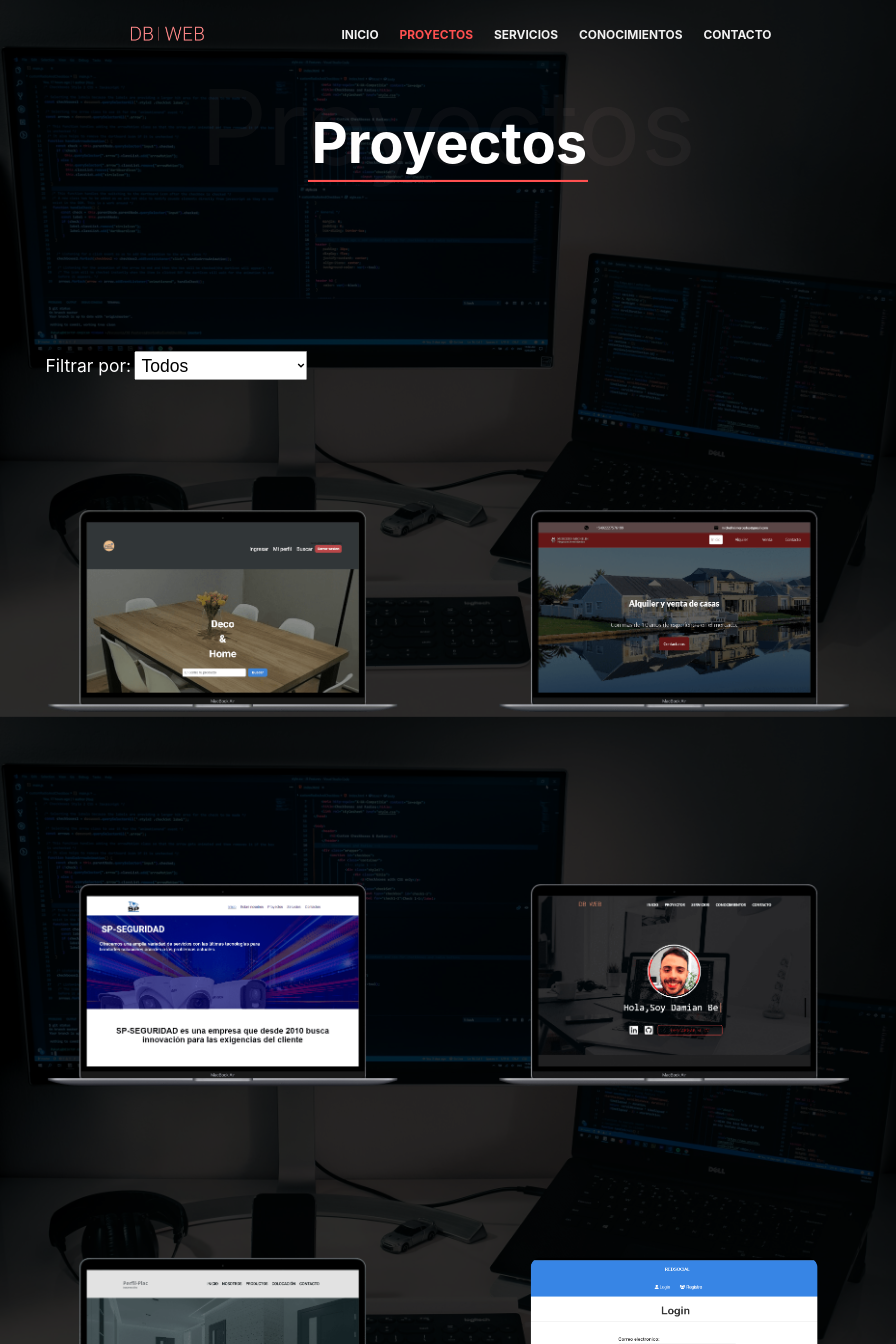
Repository: DamianBermudez94/DB-Porfolio
Page: /proyecto
These files come from the project's save history. The page is drawn as it stood at one moment and after the next save; the edit follows.
The browser window is 1280 px wide. The pictures show the part of the page from y = 0 to 1920 px (the page is 2998 px tall), at 70% of full size.
Backgrounds fixed to the window are drawn as part of the page. Some web libraries are served in a nearby version. The project was rebuilt for these pictures with package versions that can differ from the ones it lists, and the page was loaded fresh each time. Also part of the build but not shown: vite.config.js, src/components/TextoCustom/styles.css, src/components/TextoCustom/CustomText.jsx, src/components/Home/styles.css, src/components/Home/Home.jsx, src/pages/Inicio.jsx, src/components/Servicios/styles.css, src/components/Servicios/Service.jsx and 8 more.

Above is the page before, as saved 2024-04-01 12:20:38.

### index.html
<!DOCTYPE html>
<html lang="es">
  <head>
    <meta charset="utf-8" />
    <meta name="viewport" content="width=device-width, initial-scale=1" />
    <meta name="geo.position" content="-35.1853171; -59.1479442" />
    <link
      rel="icon"
      type="image/png"
      sizes="32x32"
      href="./public/image/icons-favicon-DB.png"
    />
    <link
      rel="apple-touch-icon"
      type="image/png"
      sizes="32x32"
      href="./public/image/icons-favicon-DB.png"
    />

    <link rel="manifest" href="./src/manifiesto.json" />
    <title>Damián Bermúdez - Developer</title>
    <meta name="author" content="Damián Bermúdez" />
    <meta
      name="description"
      content="Desarrollador Web Full Stack - Diseñador Web - Paginás Web - Damián Bermúdez"
    />
    <meta name="theme-color" content="#000000" />
    <!--Estilos-->
    <script
      src="https://kit.fontawesome.com/bdbed0aafa.js"
      crossorigin="anonymous"
    ></script>
    <link rel="preconnect" href="https://fonts.gstatic.com" />
    <link rel="preconnect" href="https://fonts.gstatic.com" />
    <link rel="preconnect" href="https://fonts.gstatic.com" />
    <link rel="preconnect" href="https://fonts.gstatic.com" />
    <link
      href="https://fonts.googleapis.com/css2?family=Raleway:wght@200;300&family=Roboto:wght@100;300&display=swap"
      rel="stylesheet"
    />
  </head>
  <body>
    <div id="root"></div>
    <script type="module" defer src="/src/main.jsx"></script>
  </body>
</html>

### src/main.jsx
import ReactDOM from "react-dom/client";

import App from "./App";
import "./index.css";
const root = ReactDOM.createRoot(document.getElementById("root"));
root.render(<App />);

### src/App.jsx
import { useState, useEffect } from "react";
import { MisRutas } from "./routers/MisRutas";
import { BrowserRouter } from "react-router-dom";
import backgroundImage from "../public/image/banner-parallax2.jpg";
import "./App.css";
function App() {
  const [scrollPosition, setScrollPosition] = useState(0);

  useEffect(() => {
    const handleScroll = () => {
      setScrollPosition(window.pageYOffset);
    };

    window.addEventListener("scroll", handleScroll);

    return () => {
      window.removeEventListener("scroll", handleScroll);
    };
  }, []);

  return (
    <main className="content-main parallax-container">
      <div
        className="parallax-background"
        style={{
          backgroundImage: `url(${backgroundImage})`,
          backgroundPositionY: scrollPosition / 2 + "px",
        }}
      />
      <div className="parallax-content">
        <BrowserRouter>
          <MisRutas />
        </BrowserRouter>
      </div>
    </main>
  );
}

export default App;

### src/index.css
* {
  margin: 0;
  padding: 0;
  box-sizing: border-box;
}
body {
  font-family: -apple-system, BlinkMacSystemFont, "Segoe UI", "Roboto", "Oxygen",
    "Ubuntu", "Cantarell", "Fira Sans", "Droid Sans", "Helvetica Neue",
    sans-serif;
  -webkit-font-smoothing: antialiased;
  -moz-osx-font-smoothing: grayscale;
}

### src/routers/MisRutas.jsx
import {Routes, Route } from "react-router-dom";

import { Inicio } from "../pages/Inicio";
import { Servicios } from "../pages/Servicios";
import { AcerdaDe } from "../pages/AcerdaDe";
import { Contacto } from "../pages/contacto";
import { Proyectos } from "../pages/Proyecto";
import { Error } from "../components/Error";
import { NavHeader } from "../components/header/NavHeader";
import { Footer } from "../components/Footer/Footer";

export const MisRutas = () => {
  return (
    <div className="layout">
      {/*Header y navegacion*/}
      <NavHeader />
      {/*Contenido general*/}

      <Routes>
        <Route path="/" element={<Inicio />} />
        <Route path="/inicio" element={<Inicio />} />
        <Route path="/servicios" element={<Servicios />} />
        <Route path="/conocimientos" element={<AcerdaDe />} />
        <Route path="/contacto" element={<Contacto />} />
        <Route path="/proyecto" element={<Proyectos />} />
        <Route path="*" element={<Error />} />
      </Routes>

      {/* Footer*/}
      <Footer />
    </div>
  );
};

### src/App.css
.parallax-container {
  position: relative;
  overflow: hidden;
  color: #fff;


}
.parallax-background {
  position: absolute;
  top: 0;
  left: 0;
  width: 100%;
  height: 100%;
  background-size: cover;
  background-position: center;
  background-attachment: fixed;

}
.parallax-content {
 /* Agregamos una transición para suavizar la animación */
  padding-top: 150px;
  background-color: rgba(0, 0, 0, 0.8);
  position: relative;
  z-index: 1; /* Asegura que el contenido esté sobre la imagen de fondo */
}

### src/pages/Proyecto.jsx
import { ListadoTrabajos } from "../components/Proyectos/ListaTrabajos";

export const Proyectos = () => {
  return (
    <section className="section-proyectos">
      <h1 className="title-proyectos">Proyectos</h1>
      <span className="sub-title__proyectos">Proyectos</span>
      <ListadoTrabajos />
    </section>
  );
};

### src/components/header/NavHeader.jsx
import { useState, useEffect } from "react";
import { NavLink } from "react-router-dom";
import "./NavHeader.css";
import BurguerButton from "./burgerButton";

export const NavHeader = () => {
  const [clicked, setClicked] = useState(false);
  const [scrolled, setScrolled] = useState(false);
  const handleClick = () => {
    //cuando esta true lo pasa a false y vice versa
    setClicked(!clicked);
  };
  useEffect(() => {
    const handleScroll = () => {
      if (window.scrollY > 50) {
        setScrolled(true);
      } else {
        setScrolled(false);
      }
    };

    window.addEventListener("scroll", handleScroll);

    // Limpiar el event listener en el desmontaje del componente
    return () => {
      window.removeEventListener("scroll", handleScroll);
    };
  }, []);

  return (
    <header className={`header ${scrolled ? "scrolled" : ""}`}>
      <div className="nav-content">
        <div className="logo">
          <NavLink to="/inicio">
            <img
              src={"/image/Logo-DB.png"}
              alt="Damian Bermudez desarrollador web"
            ></img>
          </NavLink>
        </div>

        <BurguerButton
          className="btn-menu"
          clicked={clicked}
          handleClick={handleClick}
        />
        <nav className={`menu ${clicked ? "active" : ""}`}>
          <ul>
            <li>
              <NavLink
                to="/inicio"
                onClick={handleClick}
                className={({ isActive }) => (isActive ? "active" : "")}
              >
                Inicio
              </NavLink>
            </li>
            <li>
              <NavLink
                to="/proyecto"
                onClick={handleClick}
                className={({ isActive }) => (isActive ? "active" : "")}
              >
                proyectos
              </NavLink>
            </li>
            <li>
              <NavLink
                to="/servicios"
                onClick={handleClick}
                className={({ isActive }) => (isActive ? "active" : "")}
              >
                servicios
              </NavLink>
            </li>
            <li>
              <NavLink
                to="/conocimientos"
                onClick={handleClick}
                className={({ isActive }) => (isActive ? "active" : "")}
              >
                conocimientos
              </NavLink>
            </li>
            <li>
              <NavLink
                to="/contacto"
                onClick={handleClick}
                className={({ isActive }) => (isActive ? "active" : "")}
              >
                contacto
              </NavLink>
            </li>
          </ul>
        </nav>
      </div>
    </header>
  );
};

### src/components/Footer/Footer.jsx

import './Footer.css'
export const Footer = () => {
  return (
    <footer className="footer">
      <div className="contenedor-footer container">
          <div className="footer-redes__sociales">
              <a href="https://www.facebook.com" className="link-redes_sociales" ><i className="fab fa-facebook facebook"></i></a>
              <a href="https://www.instagram.com" className="link-redes_sociales" ><i className="fab fa-instagram instagran"></i></a>
              <a href="https://www.linkedin.com" className="link-redes_sociales" ><i className="fab fa-linkedin linkedin"></i></a>
              <a href="https:/www.github.com" className="link-redes_sociales" ><i className="fab fa-github-square github"></i></a>
          </div>
          <hr className='footer-linea__separacion' />
          <div className="footer-text">
              <p className="title-copy">Hecho por<a className="title-footer" href="https://damianbermudezdev.es/">DB|WEB</a></p>
          </div>
      </div>
    </footer>
  )
}

### src/components/header/NavHeader.css
.header {
  height: 80px;
  width: 100%;
  max-width: 1200px;
  display: flex;
  justify-content: space-around;
  align-items: center;
  position: fixed;
  top: 0;
  right: 0;
  left: 0;
  z-index: 1000;
  padding: 50px 20px;
margin: 0 auto;
  transition: background-color 0.5s ease;
}

/* Cambiar el fondo al hacer scroll */
.header.scrolled {
  background-color: rgba(83, 83, 83, 0.9);
  border-radius: 10px;
  width: 80%;
  display: flex;
  justify-content: center;
  align-items: center;
  position: fixed;

  margin: 0 auto;
}

.nav-content {
  width: 90%;
  height: 80px;
  margin: 0 auto;
  display: flex;
  justify-content: space-around;
  padding: 5px;
  align-items: center;
}
.header .logo img {
  width: 150px;
  height: 100px;
  object-fit: cover;
}

.header nav ul {
  display: flex;
  justify-content: center;
  align-items: center;
  list-style: none;
}
.header li {
  text-decoration: none;
  text-transform: uppercase;
  font-size: 17px;
  font-weight: bold;
  margin: 15px;
}
.header li a {
  text-decoration: none;
  transition: all 300ms;
  color: #f1f1f1;
}
.header .active,
.header a:hover {
  color: rgb(255, 80, 80);
}

.header .btn-menu {
  display: none;
}
@media screen and (max-width: 960px) {
  .header {
    max-width: 900px;
  }

  .header .logo img {
    width: 200px;
    height: 150px;
  }

  .menu {
    list-style-type: none;
    margin: 0;
    padding: 0;
    transform: translateY(-100%);
    transition: transform 0.5s ease-in-out;
    position: fixed;
    top: 150px;
    left: 0%;
    width: 100%;
    height: 100vh;
    width: 100%;
    display: flex;
    flex-direction: column;
    align-items: center;
    justify-content: center;
    height: 0;
    overflow: hidden;
    background-color: rgba(255, 255, 255, 0);
    backdrop-filter: blur(19px);
  }

  .menu.active {
    transform: translateY(0);
    width: 100%;
    height: 100vh;
    bottom: 10px;
    display: block;
    margin: 0 auto;
  }

  .menu ul {
    flex-direction: column;
    align-items: center;
    justify-content: center;
  }

  .menu li {
    width: 100%;
    margin: 10px auto;
    border-bottom: 1px solid rgb(255, 1, 1);
    margin: 10px 0;
    transform: translateY(-50px);
    opacity: 0;
    transition: transform 0.5s ease, opacity 0.5s ease;
  }
  .menu.active li {
    transform: translateY(0);
    opacity: 1;
    padding: 10px;
  }
  .menu a {
    text-decoration: none;
    color: #fff;
    font-size: 20px;
    transition: color 0.3s;
  }
  .menu a:hover {
    color: #ffd700;
  }
}
@media screen and (max-width: 480px) {
  .header {
    padding: 50px;

  }
  .header .logo img {
    width: 150px;
    height: 100px;
  }
}

### src/components/header/burgerButton.jsx
/* eslint-disable react/prop-types */

import styled from "styled-components";

function BurguerButton(props) {
  return (
    <Burguer>
      <div
        onClick={props.handleClick}
        className={`btn-menu nav-icon-5 ${props.clicked ? "open" : ""}`}
      >
        <span></span>
        <span></span>
        <span></span>
      </div>
    </Burguer>
  );
}

export default BurguerButton;

const Burguer = styled.div`
  /* nav-icon-5 */
  .nav-icon-5 {
    width: 35px;
    height: 30px;
    position: relative;
    cursor: pointer;
    display: flex;
    margin: 25px auto;
  }
  .nav-icon-5 span {
    background-color: #fff;
    position: absolute;
    border-radius: 2px;
    transition: 0.3s cubic-bezier(0.8, 0.5, 0.2, 1.4);
    width: 100%;
    height: 4px;
    transition-duration: 500ms;
  }
  .nav-icon-5 span:nth-child(1) {
    top: 0px;
    left: 0px;
  }
  .nav-icon-5 span:nth-child(2) {
    top: 13px;
    left: 0px;
    opacity: 1;
  }
  .nav-icon-5 span:nth-child(3) {
    bottom: 0px;
    left: 0px;
  }
  .nav-icon-5:not(.open):hover span:nth-child(1) {
    transform: rotate(-3deg) scaleY(1.1);
  }
  .nav-icon-5:not(.open):hover span:nth-child(2) {
    transform: rotate(3deg) scaleY(1.1);
  }
  .nav-icon-5:not(.open):hover span:nth-child(3) {
    transform: rotate(-4deg) scaleY(1.1);
  }
  .nav-icon-5.open span:nth-child(1) {
    transform: rotate(45deg);
    top: 13px;
  }
  .nav-icon-5.open span:nth-child(2) {
    opacity: 0;
  }
  .nav-icon-5.open span:nth-child(3) {
    transform: rotate(-45deg);
    top: 13px;
  }
  @media screen and (min-width: 960px) {
    .btn-menu {
      display: none;
    }
  }
`;

### src/components/Footer/Footer.css
.footer {
  min-height: 120px;
  line-height: 7px;
  text-align: center;
  font-size: 22px;
  padding: 45px;
  background-color: #212121;
}

.contenedor-footer {
  display: flex;
  flex-direction: column;
  justify-content: center;
  align-content: center;
  margin: 0 auto;
  padding: 20px;
}
.footer-text {
  display: flex;
  justify-content: center;
  align-items: center;
  padding: 10px;
  margin-top: 20px;
}
.title-copy {
  text-align: center;
  font-size: 26px;
  font-weight: 300;
}
.title-footer {
  text-decoration: none;
  color: rgb(252, 136, 136);
  margin-left: 5px;
}
.footer-linea__separacion{
  height: 1px;
  width: 100%;
  max-width: 700px;
  margin: 0 auto;


}
body.dark .title-copy {
  color: #f1f1f1;
}

.footer-redes__sociales {
  display: flex;
  justify-content: center;
  align-items: center;
  text-align: center;
  margin-bottom: 10px;
}
.link-redes_sociales {
  text-decoration: none;
  width: 50px;
  height: 50px;
  margin: 10px;
  color: rgb(255, 255, 255);
  background-color: rgb(28, 28, 28);
  border-radius: 10px;
  text-align: center;
  position: relative;
  transition: transform 0.4s;
  font-size: 26px;
  padding: 4px;
}
.link-redes_sociales:hover {
  transform: rotate(45deg);
}
.link-redes_sociales::before {
  content: "";
  position: absolute;
  width: 100%;
  height: 100%;
  opacity: 0;
  background-color: #373737;
  border-radius: 10px;
  transition: opacity 0.2s;
}
.link-redes_sociales:hover::before {
  opacity: 0.4;
}
.link-redes_sociales:nth-child(1)::before {
  background-color: rgb(255, 80, 80);
}
.link-redes_sociales:nth-child(2)::before {
  background-color: rgb(255, 80, 80);
}
.link-redes_sociales:nth-child(3)::before {
  background-color: rgb(255, 80, 80);
}
.link-redes_sociales:nth-child(4)::before {
  background-color: rgb(255, 80, 80);
}

.link-redes_sociales:hover::before {
  transform: translate(-4px, -4px);
  filter: blur(10px);
}

.link-redes_sociales i {
  font-size: 1.7em;
  transition: all 0.4s;
}
.link-redes_sociales:hover i {
  color: #f1f1f1;
  transform: rotate(-45deg);
}

body.dark .redes-sociales i {
  color: #f1f1f1;
}

### src/components/Proyectos/styles.css
/**--Estilos seccion Proyectos--**/
.section-proyectos {
  text-align: center;
  margin: 0;
  padding: 0;
}

.title-proyectos {
  width: 100%;
  max-width: 400px;
  padding: 5px;
  margin: 0 auto;
  font-size: 80px;
  color: rgb(255, 255, 255);
  border-bottom: 3px solid rgb(255, 80, 80);
}
.sub-title__proyectos {
  position: relative;
  opacity: 0.04;
  font-size: 150px;
  top: -170px;
  right: 0;
  color: rgb(253, 214, 214);
}
.container-proyectos {
  position: relative;
  top: 0;
  left: 0;
  width: 100%;
  max-width: 1600px;
  display: grid;
  grid-template-columns: repeat(2, 1fr);
  grid-gap: 30px;
  padding: 10px;
  margin: 0 auto;
}
.container-filtro{
  display: flex;
  align-items: center;
  justify-content:left;
  grid-column: span 2;
  padding: 50px;
}
.container-filtro label{
  font-size: 25px;
  padding: 5px;
}
.container-filtro select{
  font-size: 25px;
  padding: 5px;
}
.card-proyectos {
  width: 100%;
  display: flex;
  align-items: center;
  flex-direction: column;
  margin: 0 auto;
}
.content-proyectos__img img {
  object-fit: contain;
  border-radius: 5px;
  width: 700px;
  height: 500px;
  cursor: pointer;
  transition: all 0.5s;
}
.content-proyectos__img img:hover {
  filter: drop-shadow(5px 5px 3px red);
}

.card-proyectos span {
  display: block;
  color: white;
  font-size: 18px;
  margin-top: 35px;
}
.card-proyectos h2 {
  display: block;
  color: white;
  margin-top: 5px;
  font-size: 25px;
}
.card-proyectos a {
  color: white;
  text-decoration: none;
  transition: none;
  text-align: center;
}

.content-proyectos__enlace {
  width: 100%;
  display: flex;
  justify-content: center;
  align-items: center;
  padding: 20px;
  margin: 0 auto;
}

.proyectos-enlace {
  width: 40%;
  max-width: 200px;
  text-decoration: none;
  display: flex;
  align-items: center;
  justify-content: center;
  margin: 0 auto;
  font-size: 18px;
  cursor: pointer;
  text-transform: uppercase;
  letter-spacing: 2px;
  color: rgb(255, 0, 0);
  background-color: transparent;
  outline: 2px solid rgb(255, 80, 80);
  border: none;
  border-radius: 8px;
  padding: 10px 20px;
  position: relative;

  overflow: hidden;
  transition: color 1s;
}

.proyectos-enlace:hover {
  color: #000000;
  z-index: 1;
}

.proyectos-enlace::before {
  content: "";
  position: absolute;
  top: 0;
  left: -50px;
  width: 150%;
  height: 100%;
  background-color: rgba(255, 85, 85, 0.5);
  border: none;
  outline: 3px solid rgb(0, 0, 0);
  transform: scaleX(0) skewX(35deg);
  transform-origin: left;
  z-index: -1;
  transition: transform 1s;
}

.proyectos-enlace:hover::before {
  transform: scaleX(1) skewX(35deg);
}

/* Modal personalizado */
.mi-modal {
  width: 600px;
  height: 500px;
  display: flex;
  justify-content: space-between;
  align-items: center;
  background-color: rgba(0, 0, 0, 0.9);
  border-radius: 5px;
  box-shadow: 0 0 10px rgba(247, 10, 10, 0.9);
  padding: 20px;
}
.container-modal {
  width: 100%;
  height: 100%;
  display: flex;
  justify-content: space-around;
  padding: 10px;
  flex-direction: column;
}

.mi-modal-overlay {
  width: 100%;
  height: 100vh;
  color: #fff;
  display: flex;
  justify-content: center;
  align-items: center;
  position: fixed;
  top: 0;
  left: 0;
  right: 0;
  bottom: 0;
  background-color: rgba(0, 0, 0, 0.2);
  margin: 0 auto;
  z-index: 111111111111111111111;
}
@media (max-width: 1480px) {
  .content-proyectos__img img {
    width: 500px;
    height: 500px;
  }
}

@media (max-width: 1120px) {
  .content-proyectos__img img {
    width: 450px;
    height: 450px;
  }
}
@media (max-width: 960px) {
  .container-proyectos {
    display: grid;
    grid-template-columns: repeat(1, 1fr);
    grid-gap: 10px;
  }
  .mi-modal {
    width: 400px;
    height: 500px;
    display: flex;
    justify-content: space-between;
    align-items: center;
    background-color: rgba(0, 0, 0, 0.336);
    border-radius: 5px;
    padding: 20px;
    box-shadow: 0 0 10px rgba(247, 10, 10, 0.9);
  }
}
@media (max-width: 760px) {
  .container-proyectos {
    grid-template-columns: repeat(1, 1fr);
  }
  .content-proyectos__img img {
    width: 400px;
    height: 400px;
  }
  .sub-title__proyectos {
    font-size: 105px;
    top: -135px;
  }
}
@media (max-width: 480px) {
  .title-proyectos {
    font-size: 40px;
    max-width: 300px;
  }
  .sub-title__proyectos {
    font-size: 70px;
    top: -90px;
  }
  .content-proyectos__img img {
    width: 300px;
    height: 300px;
  }
  .mi-modal {
    width: 300px;
  }
}
@media (max-width: 360px) {
  .title-proyectos {
    font-size: 35px;
    max-width: 200px;
  }
  .sub-title__proyectos {
    font-size: 50px;
    top: -70px;
  }
  .content-proyectos__img img {
    width: 250px;
    height: 250px;
  }
  .mi-modal {
    width: 300px;
  }
}

Loaded but not shown: src/data/trabajos.js (92 lines, source omitted); src/components/Proyectos/ListaTrabajos.jsx (115 lines, source omitted)

After the next save:
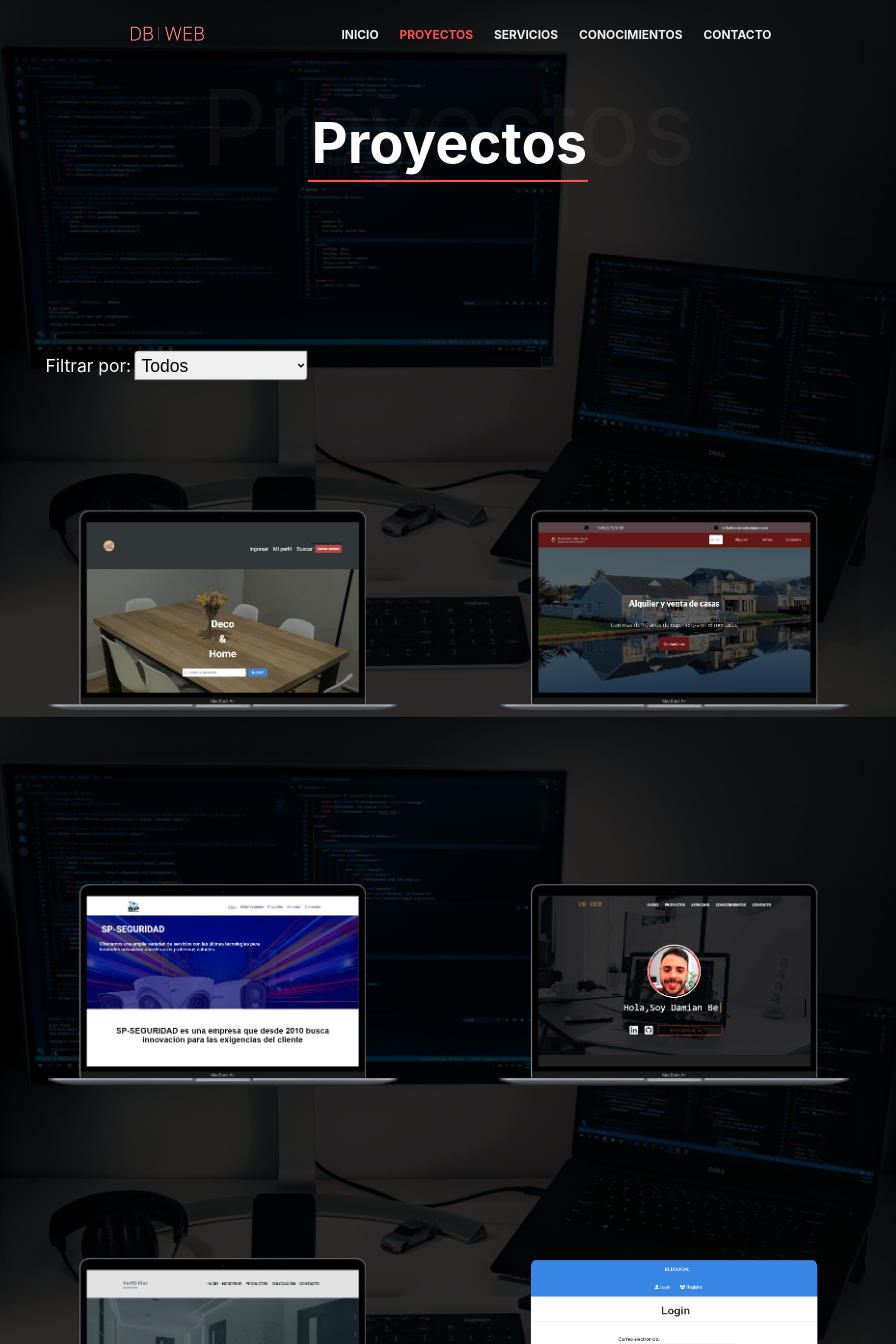
Saved 18 s later.
--- a/src/components/Proyectos/styles.css
+++ b/src/components/Proyectos/styles.css
@@ -48,6 +48,7 @@
 .container-filtro select{
   font-size: 25px;
   padding: 5px;
+  border-radius: 5px 0px 5px 0px;
 }
 .card-proyectos {
   width: 100%;
